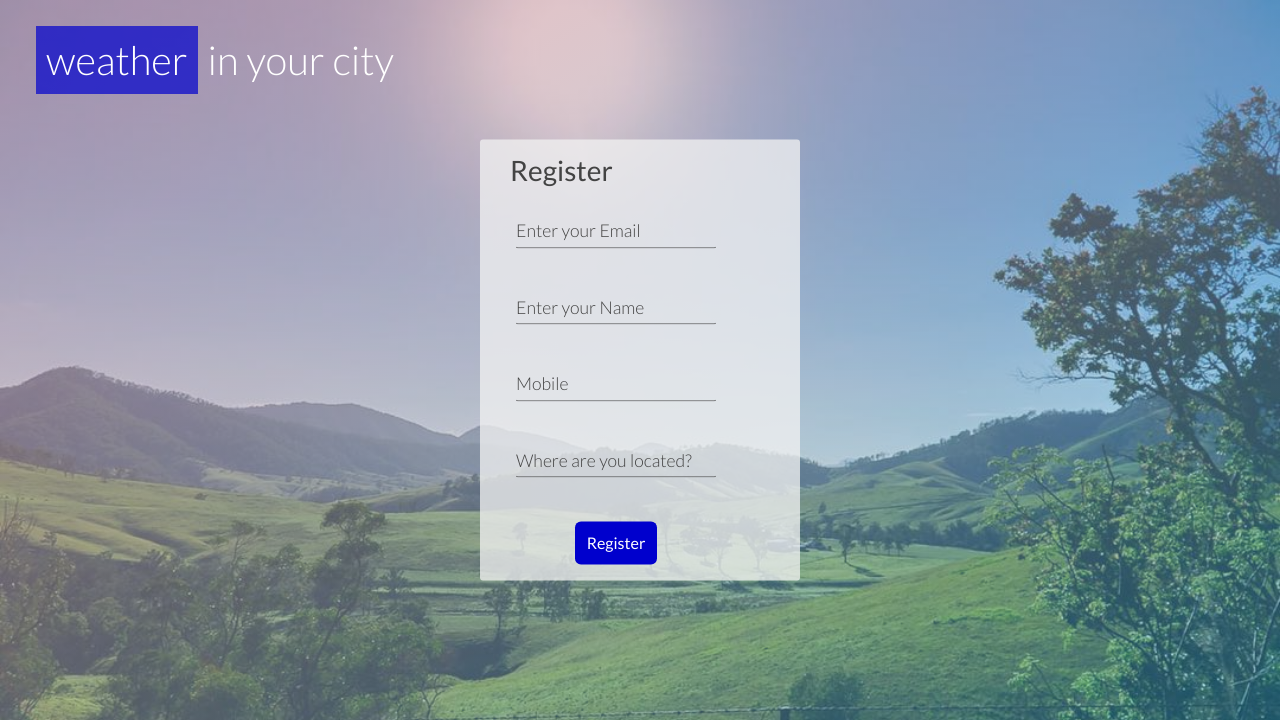
Repository: nosplashurinal/weather-app
Page: /
These files come from the project's save history. The page is drawn as it stood at one moment and after the next save; the edit follows.
The browser window is 1280 px wide. The pictures show the whole page.
The project was rebuilt for these pictures with package versions that can differ from the ones it lists, and the page was loaded fresh each time. Also part of the build but not shown: src/components/RecentSearches.vue, src/components/Search.vue, src/components/WeatherDataBlock.vue, src/components/Login.vue.

Above is the page before, as saved 2018-12-31 18:23:45.

After the next save:
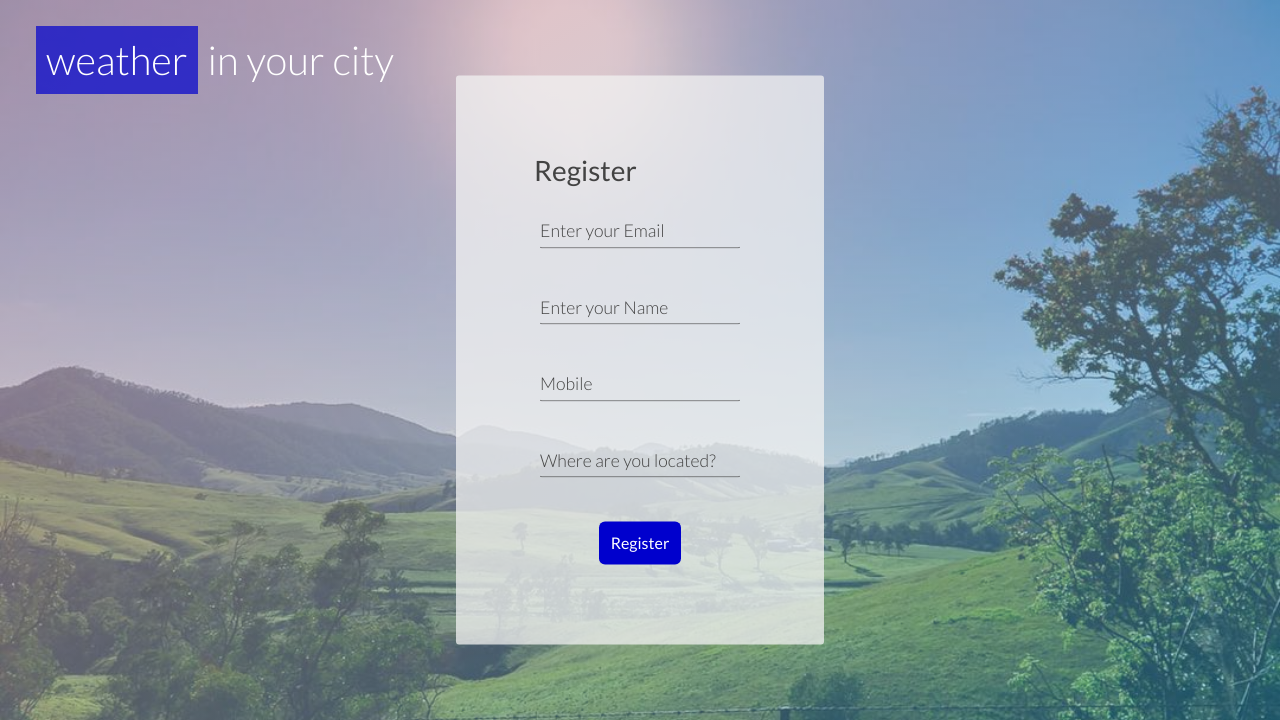
Saved 19 s later.
--- a/src/styles/registration.scss
+++ b/src/styles/registration.scss
@@ -8,8 +8,7 @@
   background: rgba(#f2f2f2, 0.75);
   border-radius: 3px;
   font-family: "Lato", sans-serif;
-  padding-left: 1em;
-  padding-right: 4em;
+  padding: 4em;
   p {
     color: #434343;
     position: relative;
